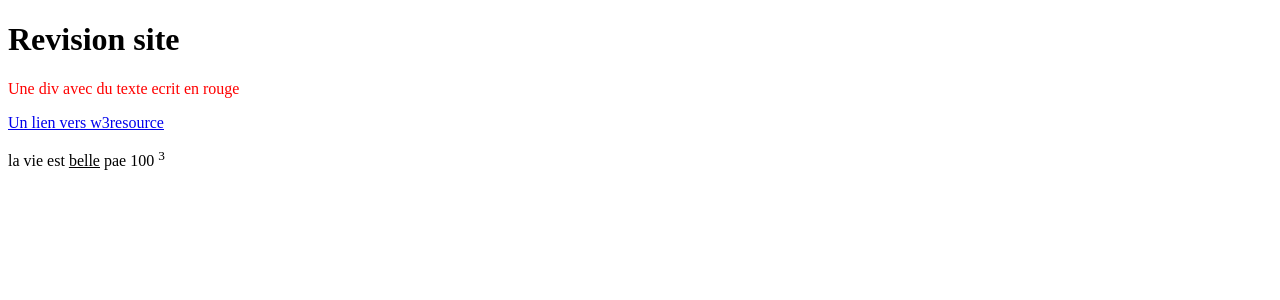
Repository: Elie-Dey/boot-start
Page: index.html
The author's editor kept a copy of each file at every save. The page is drawn from the files as they stood at one save, then again after the next save.
The browser window is 1280 px wide. The pictures show the whole page.

Above is the page before, as saved 2021-08-18 23:08:12.

### index.html
<!DOCTYPE html>
<html lang="en">
<head>
    <meta charset="UTF-8">
    <meta http-equiv="X-UA-Compatible" content="IE=edge">
    <meta name="viewport" content="width=device-width, initial-scale=1.0">
    <title>Revision html</title>
</head>
<body>
<header> <h1>Revision site</h1> </header>
<div> <p style="color:red"> Une div avec du texte ecrit en rouge</p></div>

<a href="https://www.w3resource.com/html5/article-tutorial.php"> Un lien vers w3resource</a>


<p>la vie est <ins>belle</ins> pae 100 <sup>3</sup></p>
</body>
</html>

After the next save:
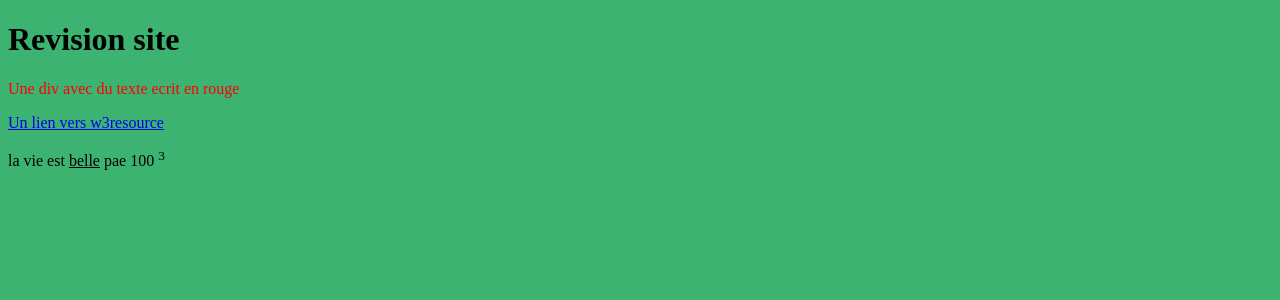
Saved 2 min 37 s later.
--- a/index.html
+++ b/index.html
@@ -6,7 +6,7 @@
     <meta name="viewport" content="width=device-width, initial-scale=1.0">
     <title>Revision html</title>
 </head>
-<body>
+<body style="background-color: mediumseagreen;">
 <header> <h1>Revision site</h1> </header>
 <div> <p style="color:red"> Une div avec du texte ecrit en rouge</p></div>
 
